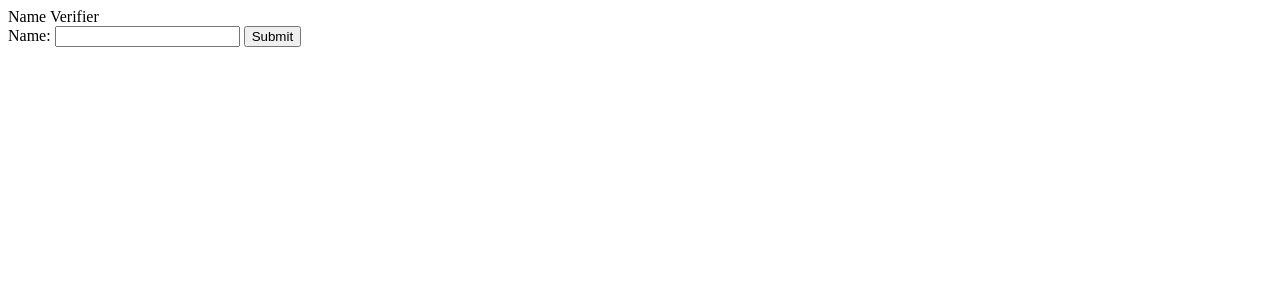
Repository: somnath0796/DeveloperMaterials
Page: DispatcherDemo/WebContent/myJames.html
The author's editor kept a copy of each file at every save. The page is drawn from the files as they stood at one save, then again after the next save.
The browser window is 1280 px wide. The pictures show the whole page.

Above is the page before, as saved 2018-02-01 11:07:58.

After the next save:
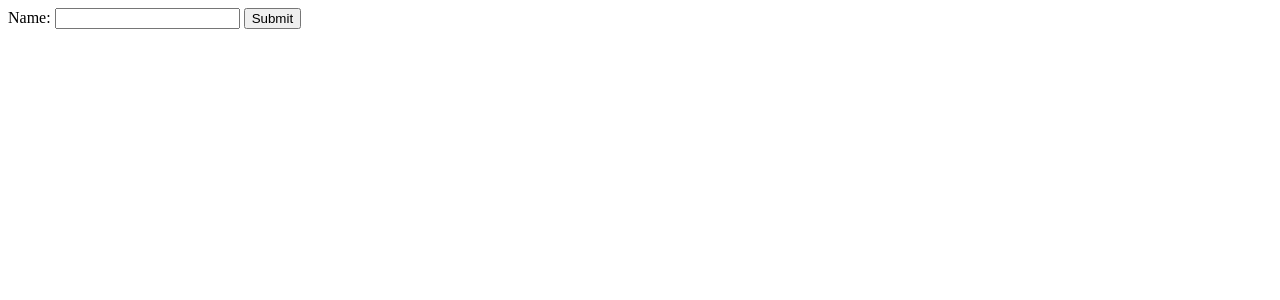
Saved 2 min 36 s later.
--- a/DispatcherDemo/WebContent/myJames.html
+++ b/DispatcherDemo/WebContent/myJames.html
@@ -1,9 +1,9 @@
 <!DOCTYPE html>
 <html>
-	Name Verifier
+
 <head>
 <meta charset="ISO-8859-1">
-<title>Insert title here</title>
+<title>	Name Verifier</title>
 </head>
 <body>
 	<form action="S1" method="get">
